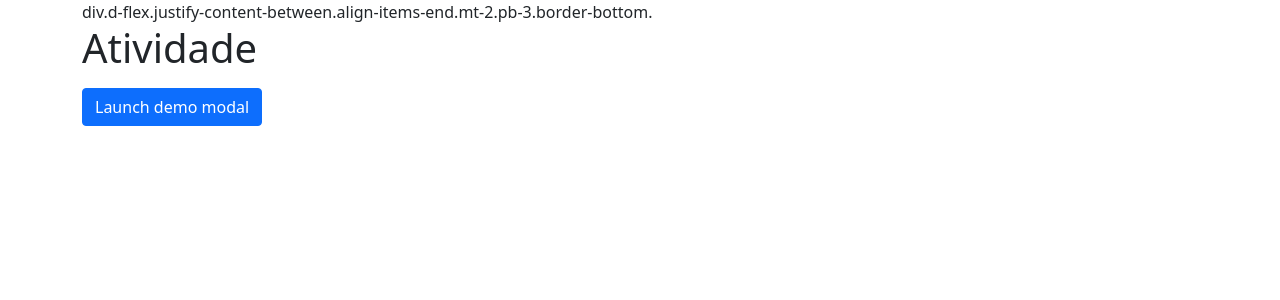
Repository: faribeiro/react-dotnetcore-efcore
Page: / (app in front/pro-atividade-app/)
These files come from the project's save history. The page is drawn as it stood at one moment and after a run of saves; the edit follows.
The browser window is 1280 px wide. The pictures show the whole page.
The page's requests for data from a server got no answer. The project was rebuilt for these pictures with package versions that can differ from the ones it lists, and the page was loaded fresh each time. No one was signed in, and anything a server would have sent is missing. Also part of the build but not shown: front/pro-atividade-app/src/components/AtividadeForm.js, front/pro-atividade-app/src/components/Atividade.js.

Above is the page before, as saved 2023-10-24 15:12:01.

After the next 2 saves:
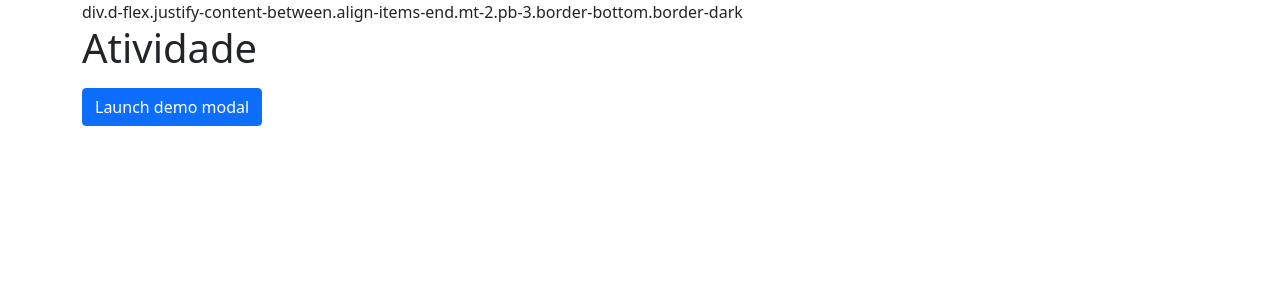
The 2 saves are shown as one change because they came seconds apart.
The last was saved 8 s later.
--- a/front/pro-atividade-app/src/App.js
+++ b/front/pro-atividade-app/src/App.js
@@ -62,7 +62,7 @@ function App() {
 
   return (
     <>
-      div.d-flex.justify-content-between.align-items-end.mt-2.pb-3.border-bottom.
+      div.d-flex.justify-content-between.align-items-end.mt-2.pb-3.border-bottom.border-dark
       <h1>Atividade {atividade.id !== 0 ? atividade.id : ''}</h1>
       <AtividadeLista
         atividades={atividades}
